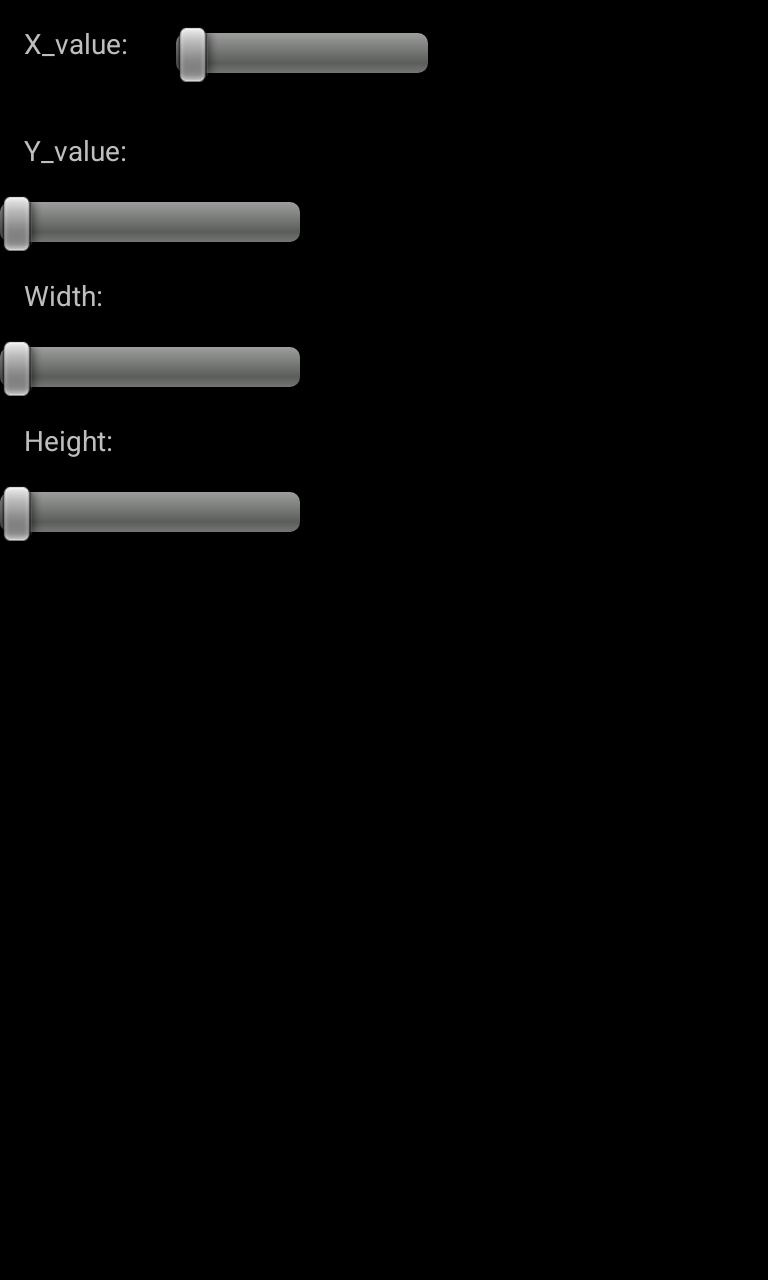
Repository: hzhang15/AndroidForm
Layout: workspace/demo_form_field/res/layout/test.xml
An editor plug-in stored every save of this project. The layout is shown before and after the next save, followed by the edit.
It is drawn on a 768 x 1280 px phone screen (xhdpi) without system bars, with theme android:Theme; the app's code is not run. The app's manifest (not shown) leaves right-to-left support off. So textAlignment, textDirection and layoutDirection are ignored, and left and right values win over start and end ones.

Above is the layout before, as saved 2014-09-21 05:44:59.

### workspace/demo_form_field/res/layout/test.xml
<?xml version="1.0" encoding="utf-8"?>
<LinearLayout xmlns:android="http://schemas.android.com/apk/res/android"
    android:layout_width="fill_parent"
    android:layout_height="fill_parent"
    android:orientation="vertical"
    >
    <LinearLayout
        android:layout_width="wrap_content"
        android:layout_height="wrap_content"
        android:orientation="horizontal"
        >
    	<TextView
    	    android:layout_width="wrap_content"
            android:layout_height="wrap_content"
    	    android:padding="12dp"
    	    android:text="@string/x_value" />
        <TextView
            android:id="@+id/textview1"
            android:layout_width="wrap_content"
            android:layout_height="wrap_content" />
        <SeekBar
        android:id="@+id/seekBar1"
        android:layout_width="150dp"
        android:layout_height="wrap_content"
        android:padding="12dp"
        android:max="100"/>
    </LinearLayout>

   <LinearLayout
        android:layout_width="wrap_content"
        android:layout_height="wrap_content"
        android:orientation="horizontal"
        >
    	<TextView
    	    android:layout_width="wrap_content"
            android:layout_height="wrap_content"
    	    android:padding="12dp"
    	    android:text="@string/y_value" />
        <TextView
            android:id="@+id/textview2"
            android:layout_width="wrap_content"
            android:layout_height="wrap_content" />

    </LinearLayout>

    	<SeekBar
        android:id="@+id/seekBar2"
        android:layout_width="150dp"
        android:layout_height="wrap_content"
        android:max="200"/>

    <LinearLayout
        android:layout_width="wrap_content"
        android:layout_height="wrap_content"
        android:orientation="horizontal"
        >
    	<TextView
    	    android:layout_width="wrap_content"
            android:layout_height="wrap_content"
    	    android:padding="12dp"
    	    android:text="@string/width" />
        <TextView
            android:id="@+id/textview3"
            android:layout_width="wrap_content"
            android:layout_height="wrap_content" />

    </LinearLayout>

    	<SeekBar
        android:id="@+id/seekBar3"
        android:layout_width="150dp"
        android:layout_height="wrap_content"
        android:max="150"/>

    <LinearLayout
        android:layout_width="wrap_content"
        android:layout_height="wrap_content"
        android:orientation="horizontal"
        >
    	<TextView
    	    android:layout_width="wrap_content"
            android:layout_height="wrap_content"
    	    android:padding="12dp"
    	    android:text="@string/height" />
        <TextView
            android:id="@+id/textview4"
            android:layout_width="wrap_content"
            android:layout_height="wrap_content" />

    </LinearLayout>

    	<SeekBar
        android:id="@+id/seekBar4"
        android:layout_width="150dp"
        android:layout_height="wrap_content"
        android:max="175"/>


</LinearLayout>

### workspace/demo_form_field/res/values/strings.xml
<?xml version="1.0" encoding="utf-8"?>
<resources>

    <string name="hello">Hello World, mainActivity!</string>
    <string name="test_name">Test_Page</string>
    <string name="app_name">Demo_form_field</string>
	<string name="hint">Please enter the text!</string>
	<string name="x_value">X_value:</string>
	<string name="y_value">Y_value:</string>
	<string name="width">Width:</string>
	<string name="height">Height:</string>


</resources>

After the next save:
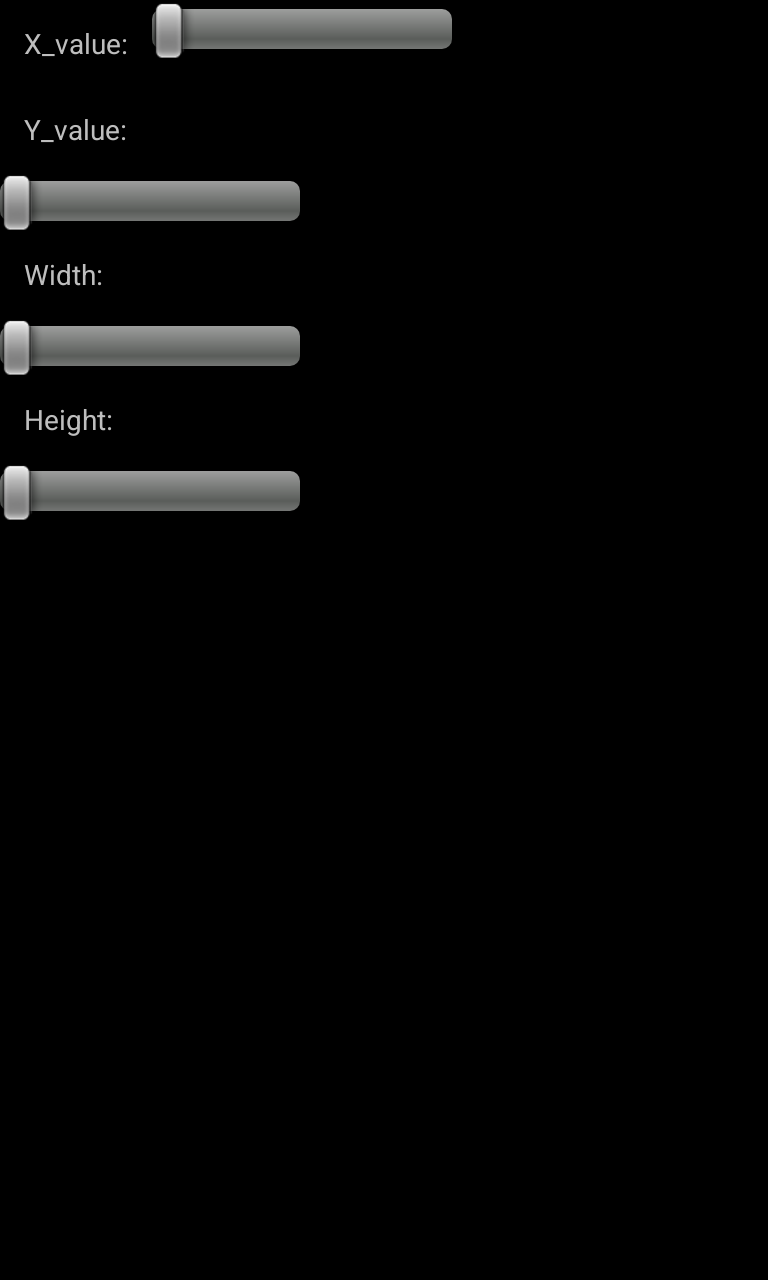
Saved 46 s later.
--- a/workspace/demo_form_field/res/layout/test.xml
+++ b/workspace/demo_form_field/res/layout/test.xml
@@ -22,7 +22,7 @@
         android:id="@+id/seekBar1"
         android:layout_width="150dp"
         android:layout_height="wrap_content"
-        android:padding="12dp"
+        android:layout_alignParentEnd="true"
         android:max="100"/>
     </LinearLayout>
 
